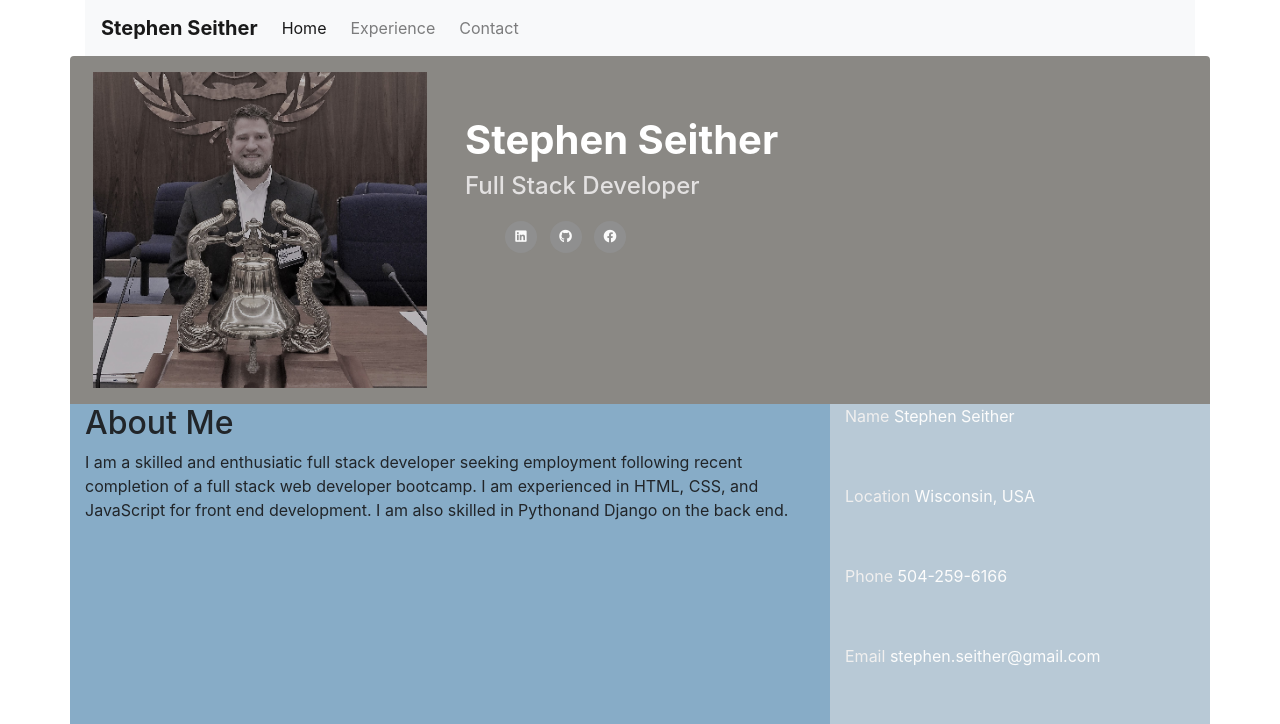
Repository: stephenseither/First-Milestone-Project
Page: index.html
The author's editor kept a record of every edit. The page is drawn from the files as they stood at one moment, then again after the next edit.
The browser window is 1280 px wide. The pictures show the whole page.
Some web libraries are served in a nearby version.

Above is the page before.

### index.html
<!DOCTYPE html>
<html lang="en">

<head>
    <meta charset="UTF-8">
    <meta name="viewport" content="width=device-width, initial-scale=1.0">
    <meta http-equiv="X-UA-Compatible" content="ie=edge">
    <link rel="stylesheet" href="https://stackpath.bootstrapcdn.com/bootstrap/4.3.1/css/bootstrap.min.css" integrity="sha384-ggOyR0iXCbMQv3Xipma34MD+dH/1fQ784/j6cY/iJTQUOhcWr7x9JvoRxT2MZw1T" crossorigin="anonymous">
    <link rel="stylesheet" href="https://use.fontawesome.com/releases/v5.10.2/css/all.css" integrity="sha384-rtJEYb85SiYWgfpCr0jn174XgJTn4rptSOQsMroFBPQSGLdOC5IbubP6lJ35qoM9" crossorigin="anonymous">
    <link rel="stylesheet" href="assets/css/style.css" type="text/css" />
    <title>Document</title>
</head>

<body>
    <div class="container">
        <nav class="navbar navbar-light bg-light navbar-expand-sm no-gutters">
            <a href="index.html" class="navbar-brand font-weight-bold">Stephen Seither</a>

            <button class="navbar-toggler ml-auto" type="button" data-toggle="collapse" data-target="#navbarNavDropdown" aria-controls="navbarNavDropdown" aria-expanded="false" aria-label="Toggle navigation">
            <span class="navbar-toggler-icon"></span></button>

            <div class="collapse navbar-collapse" id="navbarNavDropdown">
                <ul class="navbar-nav mr-auto">
                    <li class="active nav-item mr-2"><a class="nav-link" href="index.html">Home</a></li>
                    <li class="nav-item mr-2"><a class="nav-link" href="experience.html">Experience</a></li>
                    <li class="nav-item mr-2"><a class="nav-link" href="contact.html">Contact</a></li>
                </ul>
            </div>
        </nav>


        <div class="row bg-header rounded-top">
            <div class="col-sm-4 photo">
                <img src="assets/images/stephen-1.jpg" alt="stephen" class="img-fluid img-responsive py-3 px-2" />
            </div>
            <div class="col-sm-8 heading">
                <div class="row">
                    <div class="col">
                        <h1 class="name font-weight-bold">Stephen Seither</h3>
                            <h4 class="title">Full Stack Developer</h4>
                    </div>
                </div>
                <div class="row">
                    <div class="col">
                        <ul class="list-inline social-links">
                            <li class="list-inline-item">
                                <a href="https://www.linkedin.com/in/stephen-seither-254ba7b7" target="_blank">
                                <i class="fab fa-linkedin" aria-hidden="true"></i>
                                <span class="sr-only">LinkedIn</span>
                                </a>
                            </li>
                            <li class="list-inline-item">
                                <a href="https://github.com/stephenseither" target="_blank">
                                    <i class="fab fa-github" aria-hidden="true"></i>
                                    <span class="sr-only">GitHub</span>
                                </a>
                            </li>
                            <li class="list-inline-item">
                                <a href="https://www.facebook.com/stephen.seither" target="_blank">
                                    <i class="fab fa-facebook" aria-hidden="true"></i>
                                    <span class="sr-only">Facebook</span>
                                </a>
                            </li>
                        </ul>
                    </div>
                </div>
            </div>
        </div>
    </div>

    <section class="container">
        <div class="row">
            <div class="col-md-8 about-me">
                <h2>About Me</h2>
                <p>I am a skilled and enthusiatic full stack developer seeking employment following recent completion of a full stack web developer bootcamp. I am experienced in HTML, CSS, and JavaScript for front end development. I am also skilled in Pythonand Django on the back end. </p>
            </div>
            <div class="col-md-4 contact-info">
                <div class="personal-info-item">
                    <div class="title">
                        <p class="uppercase">
                            Name
                        </p>
                    </div>
                    <div class="value">
                        <p>
                            Stephen Seither
                        </p>
                    </div>
                </div>
                <div class="personal-info-item">
                    <div class="title">
                        <p class="uppercase">
                            Location
                        </p>
                    </div>
                    <div class="value">
                        <p>
                            Wisconsin, USA
                        </p>
                    </div>
                </div>
                <div class="personal-info-item">
                    <div class="title">
                        <p class="uppercase">
                            Phone
                        </p>
                    </div>
                    <div class="value">
                        <p>
                            504-259-6166
                        </p>
                    </div>
                </div>
                <div class="personal-info-item">
                    <div class="title">
                        <p class="uppercase">
                            Email
                        </p>
                    </div>
                    <div class="value">
                        <p>
                            stephen.seither@gmail.com
                        </p>
                    </div>
                </div>
            </div>
        </div>
    </section>
    <script src="https://code.jquery.com/jquery-3.3.1.slim.min.js" integrity="sha384-q8i/X+965DzO0rT7abK41JStQIAqVgRVzpbzo5smXKp4YfRvH+8abtTE1Pi6jizo" crossorigin="anonymous"></script>
    <script src="https://cdnjs.cloudflare.com/ajax/libs/popper.js/1.14.3/umd/popper.min.js" integrity="sha384-ZMP7rVo3mIykV+2+9J3UJ46jBk0WLaUAdn689aCwoqbBJiSnjAK/l8WvCWPIPm49" crossorigin="anonymous"></script>
    <script src="https://stackpath.bootstrapcdn.com/bootstrap/4.1.3/js/bootstrap.min.js" integrity="sha384-ChfqqxuZUCnJSK3+MXmPNIyE6ZbWh2IMqE241rYiqJxyMiZ6OW/JmZQ5stwEULTy" crossorigin="anonymous"></script>
</body>

</html>

### assets/css/style.css
/*---------------------------BG Colors---------------------- */

.bg-header {
    background-color: #8a8884;
}

.about-me {
background-color: #87acc7;
}

.contact-info {
    background-color: #7395ae;
    opacity: 0.5;
    transition: opacity .5s ease-out, font-weight .25s ease-in-out;
    -moz-transition: opacity .5s ease-out, font-weight .25s ease-in-out;
    -webkit-transition: opacity .5s ease-out, font-weight .25s ease-in-out;
    color: #fafafa;
    font-weight: normal;
}

.contact-info:hover {
    opacity: 1.2;
    font-weight: bold;
}


/*---------------------------Header---------------------- */

.name {
    margin-top: 60px;
    color: #fff;
}

.title {
    color: #e3e1e1;
    margin-bottom: 20px;
}

.social-links {
    margin-left: 40px;
}

.social-links li a i {
    width: 32px;
    height: 32px;
    padding: 12px 2px;
    border-radius: 50%;
    font-size: 13px;
    line-height: 7px;
    text-align: center;
    color: #fafafa;
    background: #8f8f8f;
    transition: all 0.35s ease-in-out, ;
    -moz-transition: all 0.35s ease-in-out;
    -webkit-transition: all 0.35s ease-in-out;
    -o-transition: all 0.35s ease-in-out;
}

.social-links li a i:hover {
    background-color: #b8784b;
    transform: scale(1.5);
    -webkit-transform: scale(1.5);
    -moz-transform: scale(1.5);
    -o-transform: scale(1.5);
}

/*---------------------------Contact Info---------------------- */

.personal-info-item {
    margin-bottom: 20px;
    display: block;
    clear: both;
}

.personal-info-item .title,
.personal-info-item .value {
    display: inline-block;
}

After the next edit:
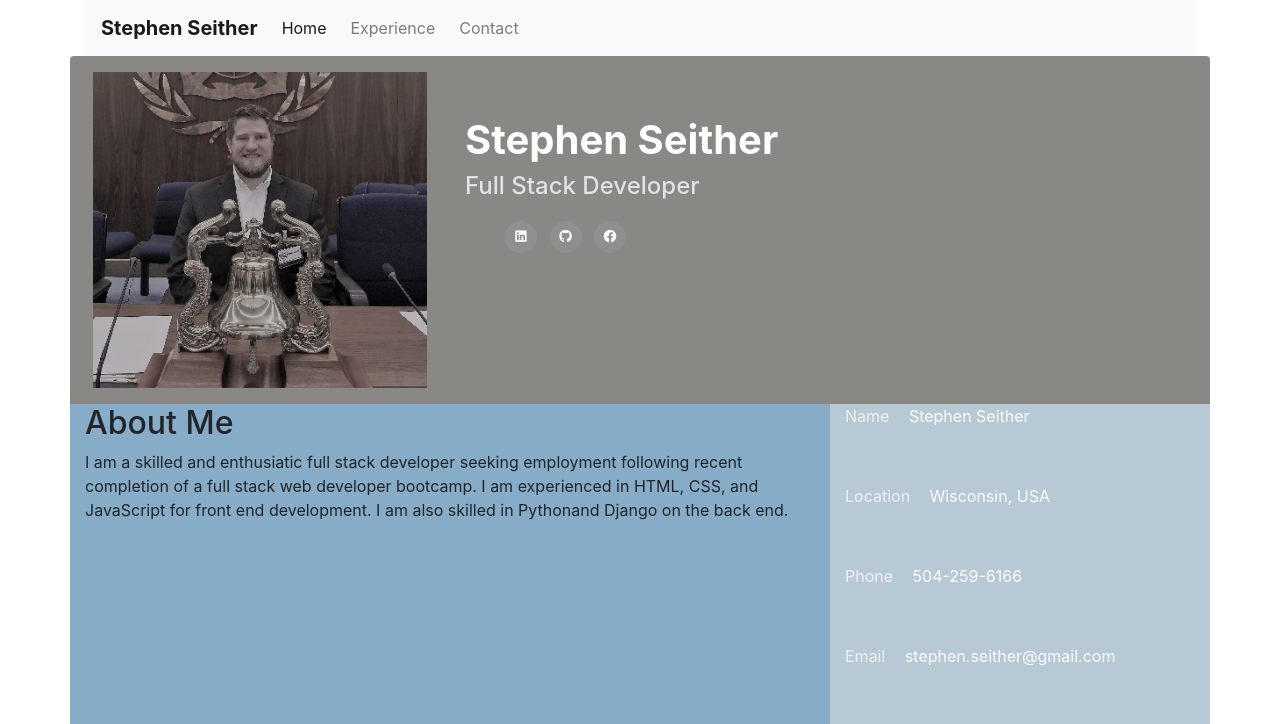
The edit:
--- a/assets/css/style.css
+++ b/assets/css/style.css
@@ -75,4 +75,5 @@
 .personal-info-item .title,
 .personal-info-item .value {
     display: inline-block;
+    padding-right: 15px;
 }
